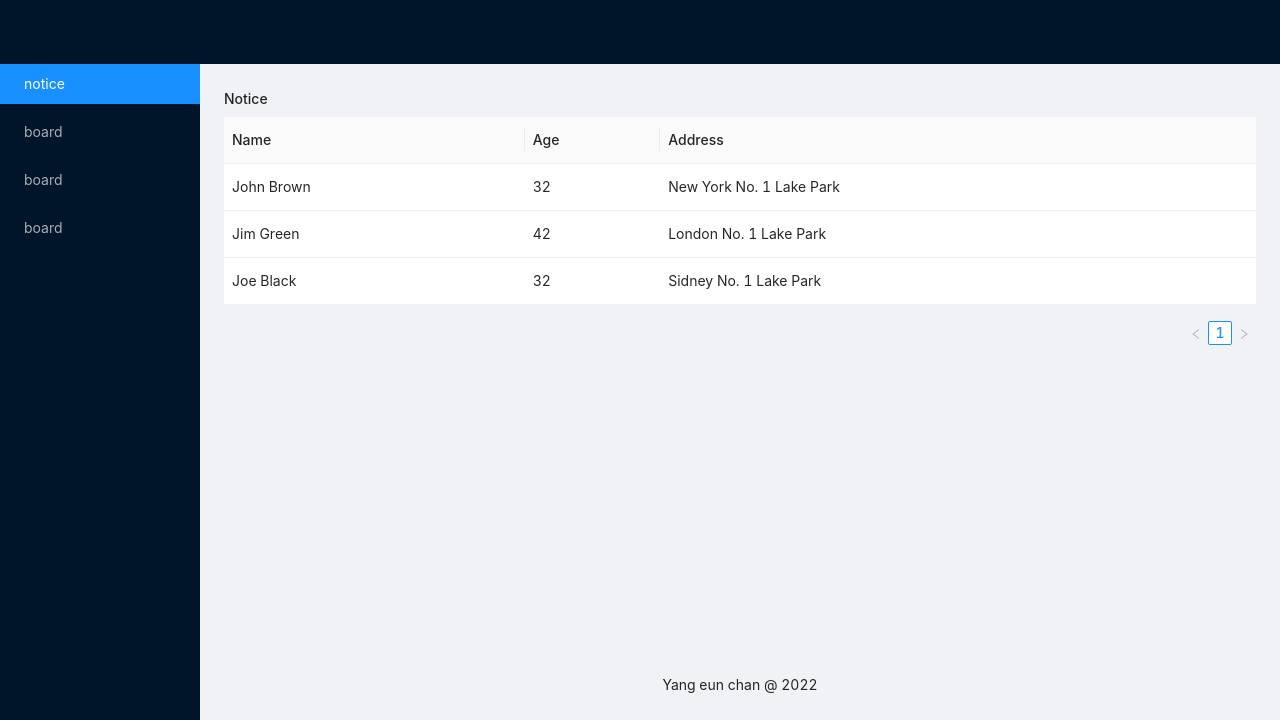
Repository: yangddoddi/community_react
Page: /
These files come from the project's save history. The page is drawn as it stood at one moment and after a run of saves; the edit follows.
The browser window is 1280 px wide. The pictures show the whole page.
The project was rebuilt for these pictures with package versions that can differ from the ones it lists, and the page was loaded fresh each time.

Above is the page before, as saved 2022-08-17 02:49:27.

### src/App.js
import { Layout, Menu } from "antd";
import "antd/dist/antd.css";
import "./App.scss";
import React from "react";
import styled from "styled-components";
import { Posts } from "./pages/Posts";
const { Header, Content, Footer, Sider } = Layout;

const LayoutStyled = styled(Layout)`
  height: 100%;
`;

const ContentStyled = styled(Content)`
  height: 100%;
  margin: "24px 16px 0";
`;

const MenuStyled = styled(Menu)`
  padding-top: 60px;
`;

const HeaderStyled = styled(Header)`
  padding: 0;
`;

const App = () => {
  const items = [
    { label: "notice", key: "1" },
    { label: "board", key: "2" },
    { label: "board", key: "3" },
    { label: "board", key: "4" },
  ];

  return (
    <LayoutStyled>
      <Sider
        breakpoint="lg"
        collapsedWidth="0"
        onBreakpoint={(broken) => {
          console.log(broken);
        }}
        onCollapse={(collapsed, type) => {
          console.log(collapsed, type);
        }}
      >
        <div className="logo" />
        <MenuStyled
          theme="dark"
          mode="inline"
          defaultSelectedKeys={["1"]}
          items={items}
        />
      </Sider>
      <Layout>
        <HeaderStyled className="site-layout-sub-header-backgrond" />
        <ContentStyled>
          <div
            className="site-layout-background"
            style={{
              padding: 24,
              minHeight: 360,
            }}
          >
            <Posts />
          </div>
        </ContentStyled>
        <Footer
          style={{
            textAlign: "center",
          }}
        >
          Yang eun chan @ 2022
        </Footer>
      </Layout>
    </LayoutStyled>
  );
};

export default App;

### src/App.scss
.site-layout-content {
    min-height: 280px;
    padding: 24px;
    background: #fff;
  }
  #components-layout-demo-top .logo {
    float: left;
    width: 120px;
    height: 31px;
    margin: 16px 24px 16px 0;
    background: rgba(255, 255, 255, 0.3);
  }
  .ant-row-rtl #components-layout-demo-top .logo {
    float: right;
    margin: 16px 0 16px 24px;
  }

  #root {
    height: 100%;
  }

### src/pages/Posts.js
import { Table } from "antd";
import React from "react";
const columns = [
  {
    title: "Name",
    dataIndex: "name",
  },
  {
    title: "Age",
    dataIndex: "age",
  },
  {
    title: "Address",
    dataIndex: "address",
  },
];
const data = [
  {
    key: "1",
    name: "John Brown",
    age: 32,
    address: "New York No. 1 Lake Park",
  },
  {
    key: "2",
    name: "Jim Green",
    age: 42,
    address: "London No. 1 Lake Park",
  },
  {
    key: "3",
    name: "Joe Black",
    age: 32,
    address: "Sidney No. 1 Lake Park",
  },
];

export const Posts = () => {
  return (
    <div>
      <h4>Notice</h4>
      <Table columns={columns} dataSource={data} size="middle" />
    </div>
  );
};

Loaded but not shown: public/index.html (common file); src/index.js (common file); src/index.css (common file); src/reportWebVitals.js (common file)

After the next 3 saves:
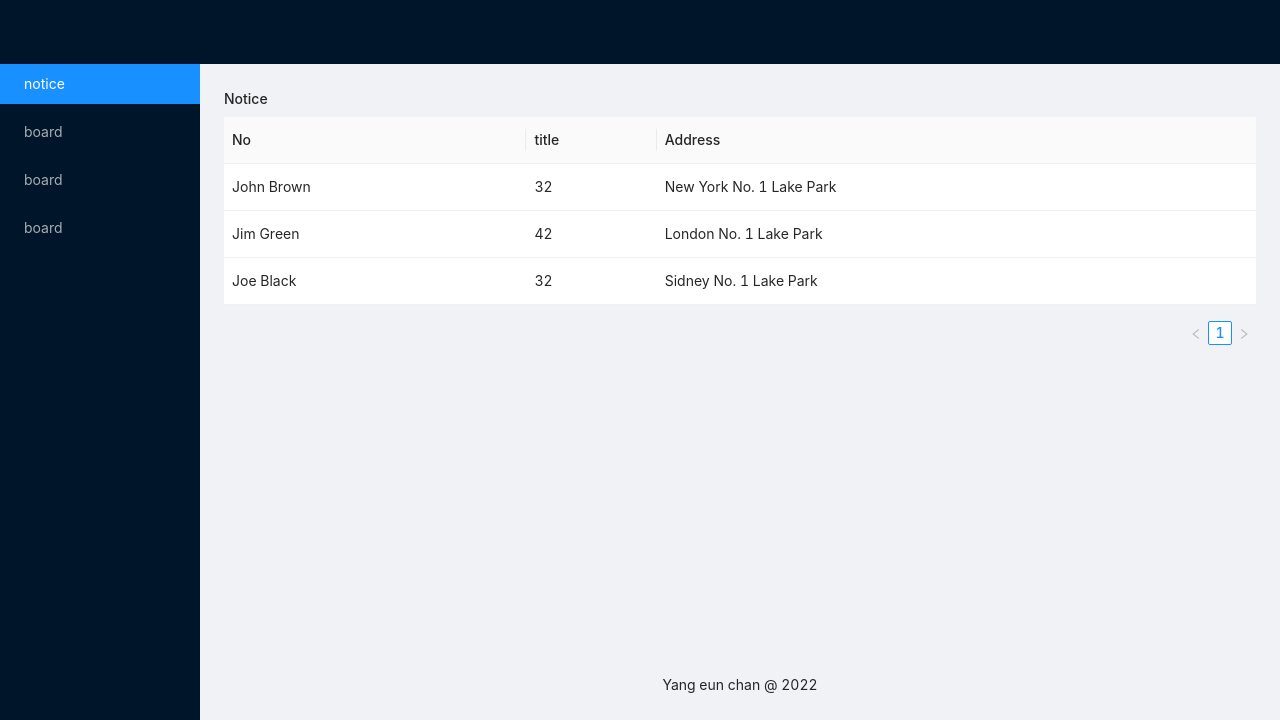
The 3 saves are shown as one change because they came seconds apart.
The last was saved 32 s later.
--- a/src/pages/Posts.js
+++ b/src/pages/Posts.js
@@ -2,11 +2,11 @@ import { Table } from "antd";
 import React from "react";
 const columns = [
   {
-    title: "Name",
+    title: "No",
     dataIndex: "name",
   },
   {
-    title: "Age",
+    title: "title",
     dataIndex: "age",
   },
   {
